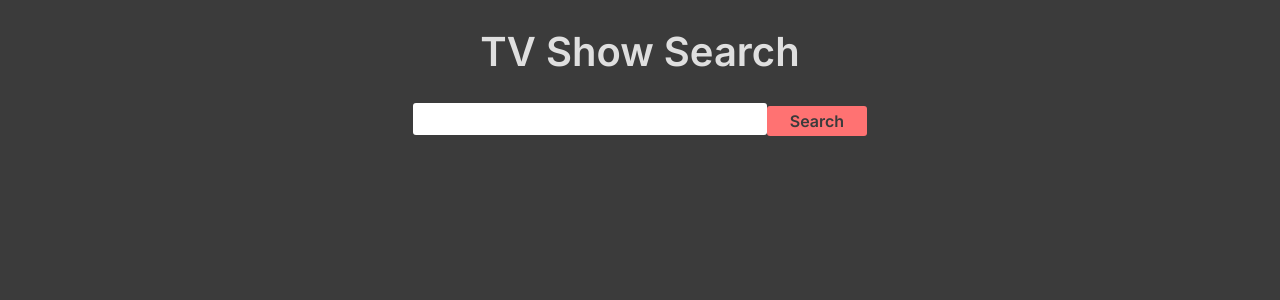
Repository: shayanabedi98/tv-search-react
Page: /
The author's editor kept a copy of each file at every save. The page is drawn from the files as they stood at one save, then again after the next save.
The browser window is 1280 px wide. The pictures show the whole page.
The project was rebuilt for these pictures with package versions that can differ from the ones it lists, and the page was loaded fresh each time. Also part of the build but not shown: vite.config.js.

Above is the page before, as saved 2024-01-02 02:53:07.

After the next save:
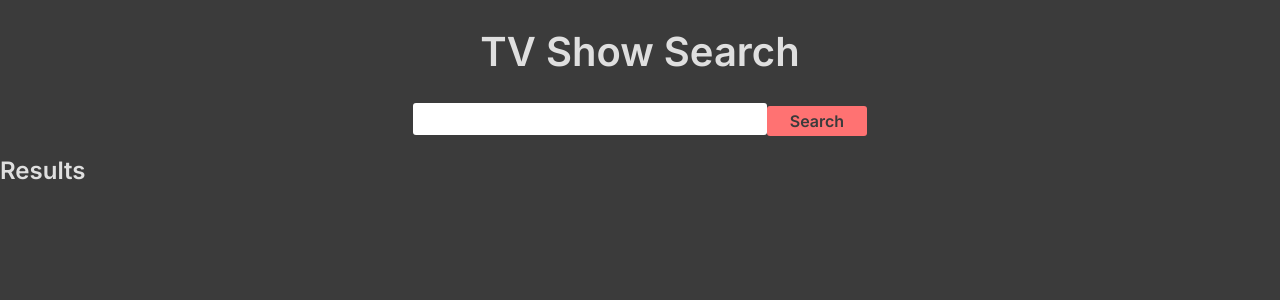
Saved 72 s later.
--- a/src/List.jsx
+++ b/src/List.jsx
@@ -1,10 +1,9 @@
 import React from "react";
 
-const List = ({ showList, result, input }) => {
+const List = ({ showList }) => {
   return (
     <div className="list-container">
-      {(result && input) && <h2>Results</h2>}
-      {(result && input && showList.length === 0) && <h2>{`Could not find anything for '${input}'`}</h2>}
+        <h2>Results</h2>
       <div className="list">
         {showList.length > 0 &&
           showList.map((show) => {
